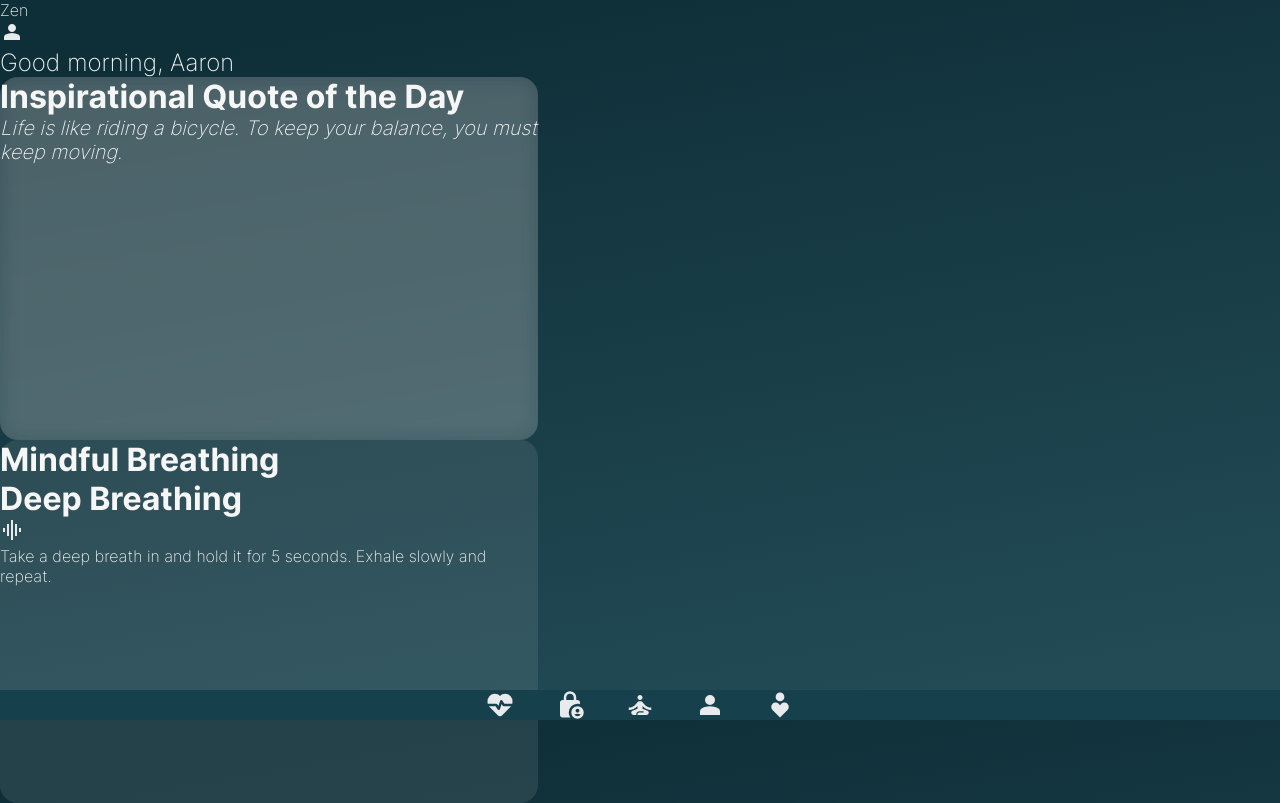
Repository: aaronw-dev/Zen
Page: dashboard.html
These files come from the project's save history. The page is drawn as it stood at one moment and after the next save; the edit follows.
The browser window is 1280 px wide. The pictures show the whole page.

Above is the page before, as saved 2024-06-08 14:02:49.

### dashboard.html
<!DOCTYPE html>
<html lang="en">

<head>
    <meta charset="UTF-8">
    <meta name="viewport" content="width=device-width, initial-scale=1.0">
    <title>Zen</title>
    <link rel="stylesheet" href="../static/colors.css">
    <link rel="stylesheet" href="../static/style.css">
</head>

<body>
    <div class="header">
        <logo src="../static/icons/crisis.svg">
        <span class="header-name">Zen</span>
    </div>
    <div class="profile-image">
        <img src="../static/icons/profile.svg">
        <h2>Good morning, Aaron</h2>
    </div>

    <div class="features">
        <div class="inspirational_quote">
            <h2 class="section-title">Inspirational Quote of the Day</h2>
            <p class="quote">Life is like riding a bicycle. To keep your balance, you must keep moving.</p>
        </div>
        <div class="mindful_breathing">

            <h2 class="section-title">Mindful Breathing</h2>
            <div class="mindful-audio">
                <h3 class="section-title">Deep Breathing</h3>
                <span class="audio-icon"><img src="../static/icons/audio.svg"></span>
            </div>

            <p>Take a deep breath in and hold it for 5 seconds. Exhale slowly and repeat.</p>
        </div>
    </div>
    <div class="bottom-icons">
        <img src="../static/icons/crisis.svg">
        <img src="../static/icons/journal.svg">
        <img src="../static/icons/meditate.svg">
        <img src="../static/icons/profile.svg">
        <img src="../static/icons/counselling.svg">
    </div>
</body>

</html>

### static/colors.css
:root {
    --text: #F6F6F6;
    --buttons: #0F2F38;
    --radial-bg: radial-gradient(89.12% 42.87% at 50.08% 50.93%, #2B606F 0%, #0D3642 100%);
    --linear-bg: linear-gradient(170deg, #0F2F38 9.2%, #224B56 91.67%);
}

### static/style.css
@font-face {
    font-family: Inter;
    src: url("./font/Inter-Bold.ttf");
    font-weight: bold;
}

@font-face {
    font-family: Inter;
    src: url("./font/Inter-ExtraLight.ttf");
    font-weight: lighter;
}

html {
    height: 100%;
}

body {
    height: 100%;
    margin: 0;
    background-repeat: no-repeat;
    background-attachment: fixed;
    background: var(--linear-bg);
}

* {
    font-family: Inter;
    color: var(--text);
    font-weight: lighter;
}

h1,
h2,
h3,
h4,
h5,
h6,
p {
    margin-top: 0;
    margin-bottom: 0;
}

.hero {
    position: absolute;
    left: 50%;
    transform: translateX(-50%);
    margin: auto;
    width: 40%;
    display: flex;
    flex-direction: column;
    align-items: center;
    top: 70px;
}

.hero img {
    width: 100%;
}

.hero-name {
    font-size: 60px;
}

.tagline {
    display: flex;
    flex-direction: column;
    align-items: center;
    line-height: 0.85;
    position: absolute;
    top: 50%;
    left: 50%;
    transform: translate(-50%, -50%);
    width: max-content;
}

.tagline span:nth-child(1) {
    font-weight: bold;
    font-size: 3.5em;
}

.tagline span:nth-child(2) {
    font-weight: lighter;
    font-size: 3.2em;
}

.action-buttons {
    display: flex;
    flex-direction: column;
    align-items: center;
    width: 60%;
    position: absolute;
    bottom: 40px;
    gap: 20px;
    left: 50%;
    transform: translateX(-50%);
}
.features {
    width: 538px;
    height: 363px;
    flex-shrink: 0;
    border-radius: 18px;
    background: rgba(220, 220, 220, 0.11);

    backdrop-filter: blur(4.449999809265137px);
}
.action-buttons button {
    width: 100%;
    padding: 5px 30px;
    font-size: 25px;
    border: none;
    background-color: var(--buttons);
    border-radius: 15px;
}

.inspirational_quote{
    width: 100%;
    height: 100%;
    background: rgba(219.94, 219.94, 219.94, 0.11); border-radius: 18px;
    backdrop-filter: blur(8.90px);

}
.inspirational_quote p{
    font-size: 20px;
}
.mindful_breathing{
    width: 100%;
    height: 100%;
    background: rgba(219.94, 219.94, 219.94, 0.11); border-radius: 18px;
    backdrop-filter: blur(8.90px);
}

.bottom-icons {
    height: 30px;
    background: #16404B;
    display: flex;
    justify-content: center;
    position: absolute;
    bottom: 0px;
    width: 100%;
    gap: 40px;
}
.bottom-icons div {
    width: 30.61px;
    height: 43.72px;
    left: 10.93px;
    top: 4.37px;
    position: absolute;
    background: #F6F6F6;
    padding:10px;
    width: 50px;
    height: 50px;
}
.header{
    display: flex;
    align-items: center;
}
.header img {
    margin-right: auto;
}
.header-name {
    margin-left: auto;
}

.section-title{
    color: #F6F6F6;
    font-family: Inter;
    font-size: 32px;
    font-style: normal;
    font-weight: 700;
    line-height: normal;
}
.section-title h3{
    color: #F6F6F6;
    font-family: Inter;
    font-size: 24px;
    font-style: normal;
    font-weight: 700;
    line-height: normal;
}
.quote{
    color: #F6F6F6;
    font-family: Inter;
    font-size: 28px;
    font-style: italic;
    font-weight: 200;
    line-height: normal;
}

After the next save:
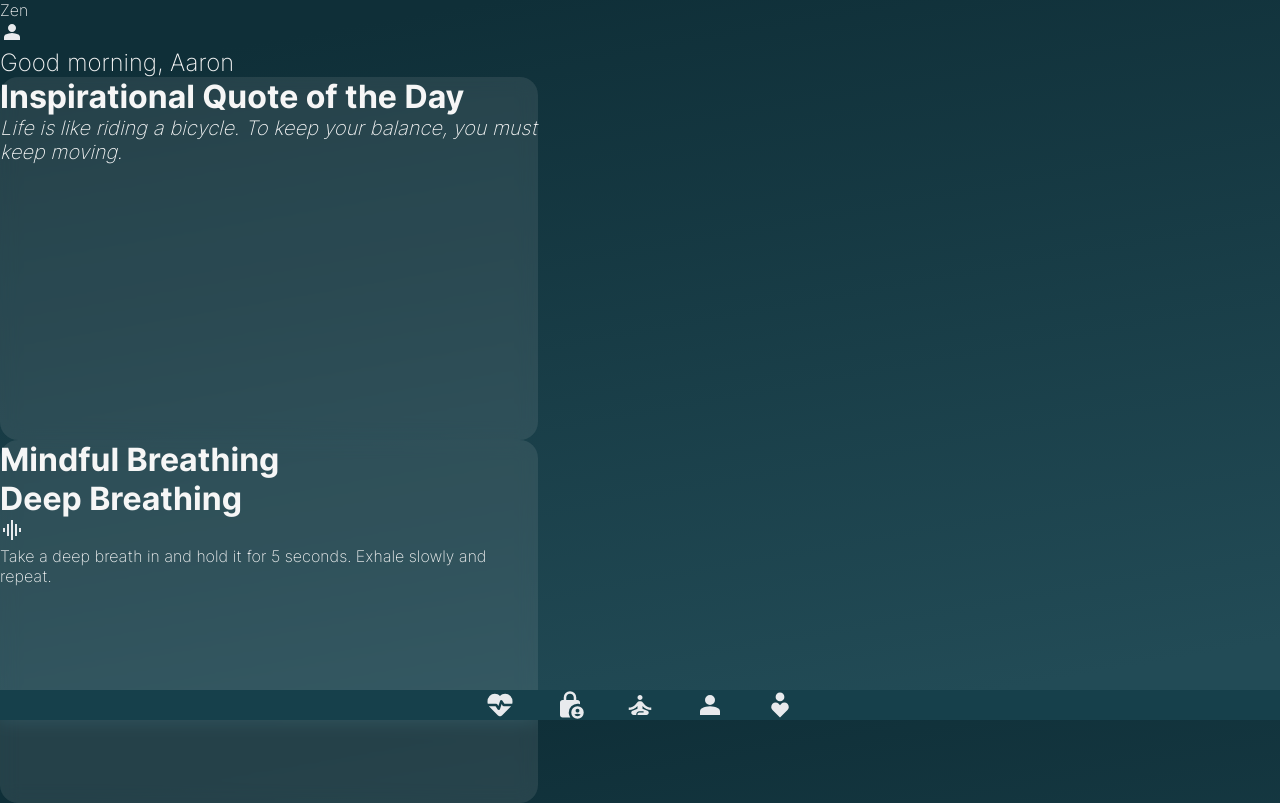
Saved 15 s later.
--- a/static/style.css
+++ b/static/style.css
@@ -96,10 +96,7 @@ p {
     width: 538px;
     height: 363px;
     flex-shrink: 0;
-    border-radius: 18px;
-    background: rgba(220, 220, 220, 0.11);
 
-    backdrop-filter: blur(4.449999809265137px);
 }
 .action-buttons button {
     width: 100%;
